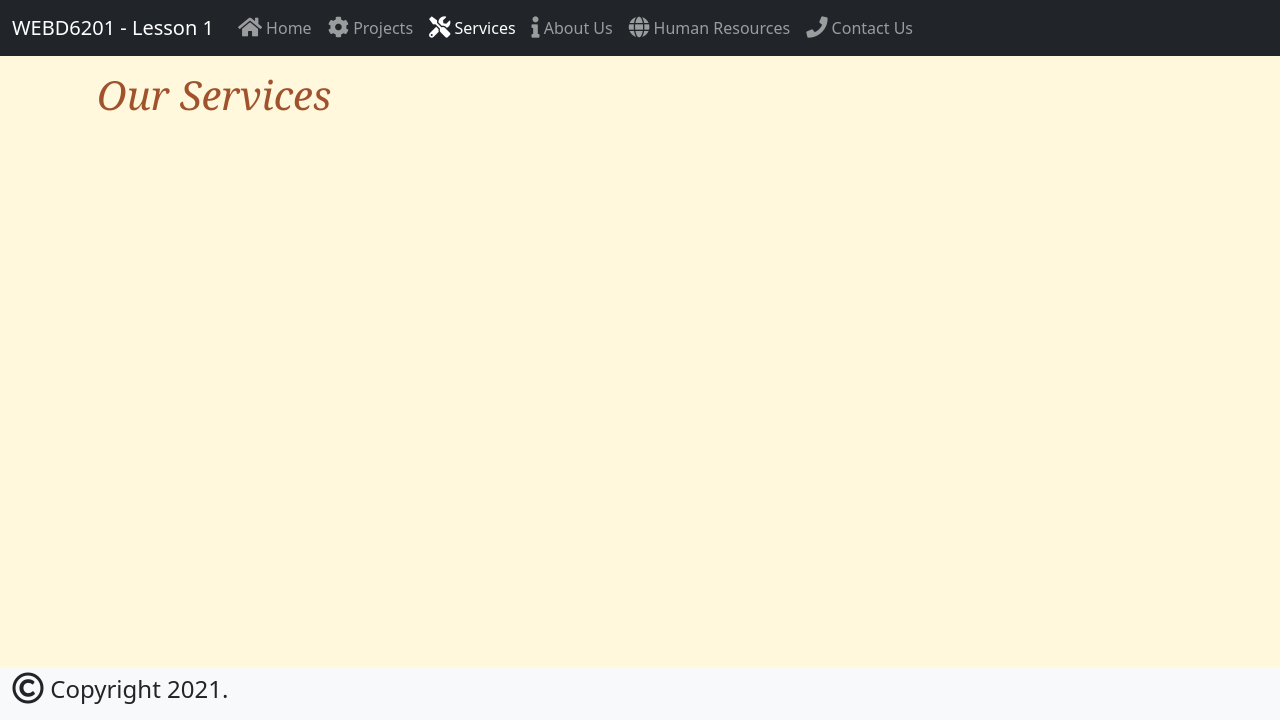
Repository: YiuWingLau/WEBD6201-W2021-Lab1
Page: services.html
An editor plug-in stored every save of this project. The page is shown before and after the next save, followed by the edit.
The browser window is 1280 px wide. The pictures show the whole page.

Above is the page before, as saved 2021-02-04 15:10:39.
Console error: ReferenceError: newParagraph is not defined

After the next save:
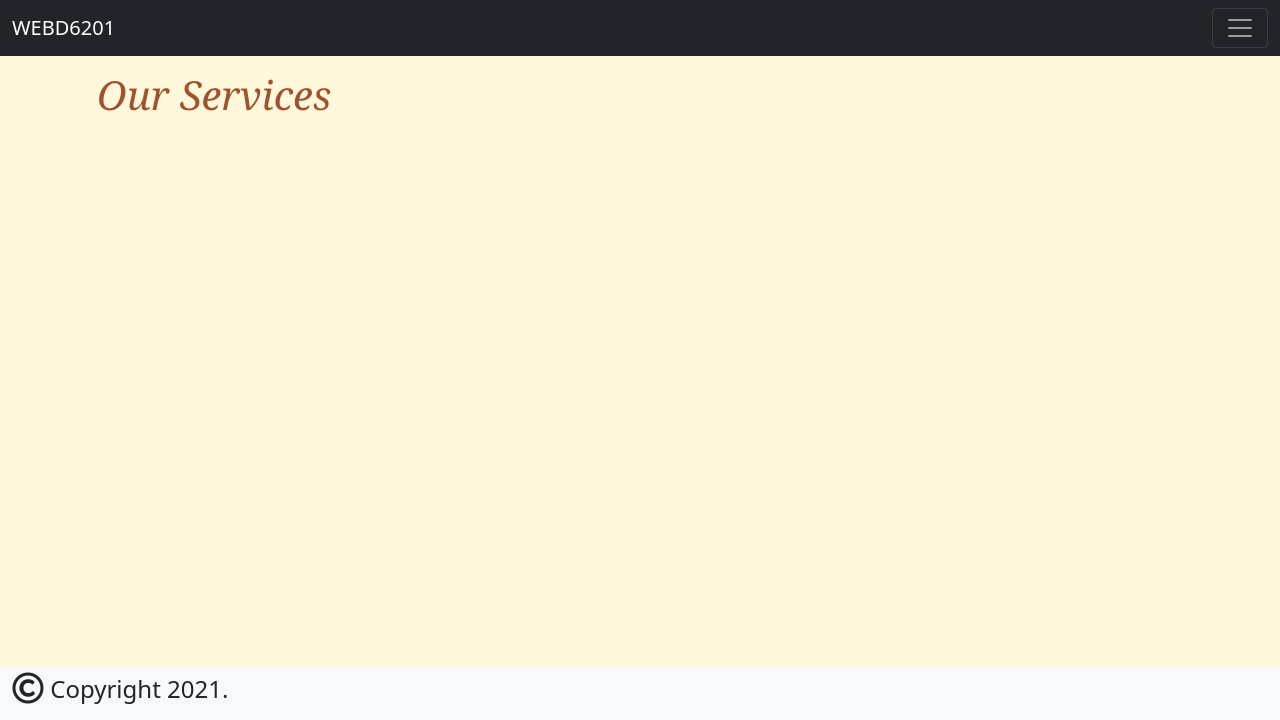
Saved 10 min 24 s later.
--- a/services.html
+++ b/services.html
@@ -14,9 +14,9 @@
     <!-- Main Header-->
     <header>
       <!-- Main Navigation-->
-      <nav class="navbar navbar-expand-lg navbar-dark bg-dark">
+      <nav class="navbar navbar-expand-rg navbar-dark bg-dark">
           <div class="container-fluid">
-            <a class="navbar-brand" href="index.html">WEBD6201 - Lesson 1</a>
+            <a class="navbar-brand" href="index.html">WEBD6201</a>
             <button class="navbar-toggler" type="button" data-bs-toggle="collapse" data-bs-target="#navbarSupportedContent" aria-controls="navbarSupportedContent" aria-expanded="false" aria-label="Toggle navigation">
               <span class="navbar-toggler-icon"></span>
             </button>
